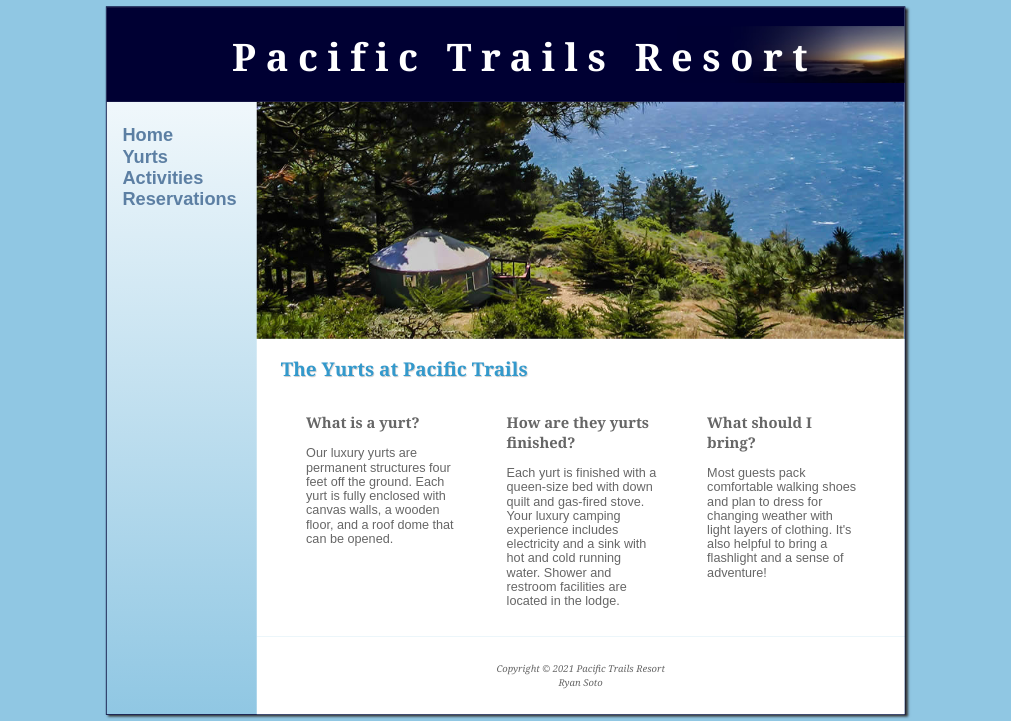
Repository: rsoto003/web-dev-152
Page: dist/assignments/chapter8/ch8pacific/yurts.html
The author's editor kept a copy of each file at every save. The page is drawn from the files as they stood at one save, then again after the next save.
The browser window is 1280 px wide. The pictures show the whole page, at 79% of full size.
Some web libraries are served in a nearby version.

Above is the page before, as saved 2021-07-24 16:23:29.

### dist/assignments/chapter8/ch8pacific/yurts.html
<!DOCTYPE html>
<html lang="en">
<head>
    <meta charset="UTF-8">
    <meta http-equiv="X-UA-Compatible" content="IE=edge">
    <meta name="viewport" content="width=device-width, initial-scale=1.0">
    <title>Pacific Trails Resorts :: Yurts</title>
    <link rel="stylesheet" href="pacific.css">
    <script src="https://kit.fontawesome.com/1c51b803b7.js" crossorigin="anonymous"></script>
</head>
<body>
    <div id="wrapper">
        <header>
            <h1><a href="index.html">Pacific Trails Resort</a></h1>
        </header>
        <nav>
            <ul>
                <li><a href="index.html">Home</a></li>
                <li><a href="yurts.html">Yurts</a></li>
                <li><a href="activities.html">Activities</a></li>
                <li><a href="reservations.html">Reservations</a></li>
            </ul>
        </nav>
        <div id="yurthero"></div>
        <main>
            <h2>The Yurts at Pacific Trails</h2>

            <section>
                <h3>What is a yurt?</h3>
                <p>Our luxury yurts are permanent structures four feet off the ground. Each yurt is fully enclosed with canvas walls,
                    a wooden floor, and a roof dome that can be opened.
                </p>
            </section>

            <section>
                <h3>How are they yurts finished?</h3>
                <p>Each yurt is finished with a queen-size bed with down quilt and gas-fired stove. Your luxury camping experience includes
                    electricity and a sink with hot and cold running water. Shower and restroom facilities are located in the lodge.
                </p>
            </section>

            <section>
                <h3>What should I bring?</h3>
                <p>Most guests pack comfortable walking shoes and plan to dress for changing weather with light layers
                    of clothing. It's also helpful to bring a flashlight and a sense of adventure!
                </p>
            </section>
        </main>
        <footer>
            <p>Copyright &copy; 2021 Pacific Trails Resort<br>
            Ryan Soto</p>
        </footer>
    </div>
</body>
</html>

### dist/assignments/chapter8/ch8pacific/pacific.css
* {
    box-sizing: border-box;
}

body {
    background-color: #90c7e3;
    color: #666666;
    font-family: Arial, Helvetica, sans-serif;
}
#wrapper {
    background-image: linear-gradient(to bottom, #fff, #90c7e3);
    background-repeat: no-repeat;
    border: 1px solid #003; /* bd */
    box-shadow: 3px 3px 3px #333;
    margin: auto;
    min-width: 960px;
    max-width: 2048px;
    width: 80%;
}

header {
    background-color: #003; /* bgc#003 */
    color: #fff; /* c#fff */
    background-image: url("images/sunset.jpg"); /* bgi */
    background-position: right; /* bgp */
    background-repeat: no-repeat; /* bgr:n */
    height: 120px; /* h120*/
    padding-top: 30px; /*pt30*/
    padding-left: 3em; /* pl3em */
    text-align: center; /*tac*/
}
header a {
    text-decoration: none; /* tdn */
    color: #fff;
}
header a:link {
    color: #fff; /* c#fff */
}
header a:vistied {
    color: #fff; /* c#fff */
}
header a:hover {
    color: #90c7e9; /* c#90c7e9 */
}
nav {
    /* background-color: #FFF; */
    float: left; /* fl */
    font-size: 120%; /* fz120% */
    font-weight: bold;
    padding: 1.5em 1.5em 1.5em .5em;
    width: 160px; /* w160 */
}

nav ul {
    list-style-type: none; /* listn */
    margin: 0; /* m0 */
    padding-left: 0; /* pl0 */
    font-size: 1.2em; /* fz1.2em */
}
nav a {
    text-decoration: none; /* tdn */
    font-weight: bold; /* fwb */
    padding: 10px; /* p10 */
}
nav a:link {
    color: #5c7fa3; /* c#5c75a3*/
}
nav a:visited {
    color: #344873; /* c#344873 */
}
nav a:hover {
    color: #a42A2a; /* c#a42A2a */
}

main {
    background-color: #fff; /* bgc#fff */
    margin-left: 190px; /* ml190 */
    padding: 1px 20px 20px 30px; /* p1-20-20-30 */
    overflow: auto; /* oa */
}

section {
    float: left; /* fl */
    padding: 0 2em; /* p0-2em */
    width: 33%; /* w33% */
}

h1, h2, h3, footer {
    font-family: Georgia, "Times New Roman", serif;
}
h1 {
    font-size: 3em; /* fz3em */
    letter-spacing: 0.25em; /* lts.25em */
    margin-bottom: 0;
    margin-top: 0;
}
h2 {
    color: #39c;
    text-shadow: 1px 1px 1px #ccc;
}
ul {
    /* list-style-image: url("images/marker.gif"); */
    list-style-position: inside;
}

dt {
    color: #003;
}
footer {
    background-color: #fff; /* bgc#fff */
    font-size: 75%;
    margin-left: 190px; /* ml190 */
    text-align: center;
    font-style: italic;
    padding: 20px;
}
.resort {
    color: #5c7fa3;
    font-weight: bold;
}

#contact {
    font-size: 90%;
}

#homehero {
    height: 300px;
    background-image: url('./images/coast2.jpg');
    background-size: 100% 100%;
    background-repeat: no-repeat;
    margin-left: 190px; /* ml190 */
}

#yurthero {
    height: 300px;
    background-image: url('./images/yurt.jpg');
    background-size: 100% 100%;
    background-repeat: no-repeat;
    margin-left: 190px; /* ml190 */
}

#trailhero {
    height: 300px;
    background-image: url('./images/trail.jpg');
    background-size: 100% 100%;
    background-repeat: no-repeat;
    margin-left: 190px; /* ml190 */
}

After the next save:
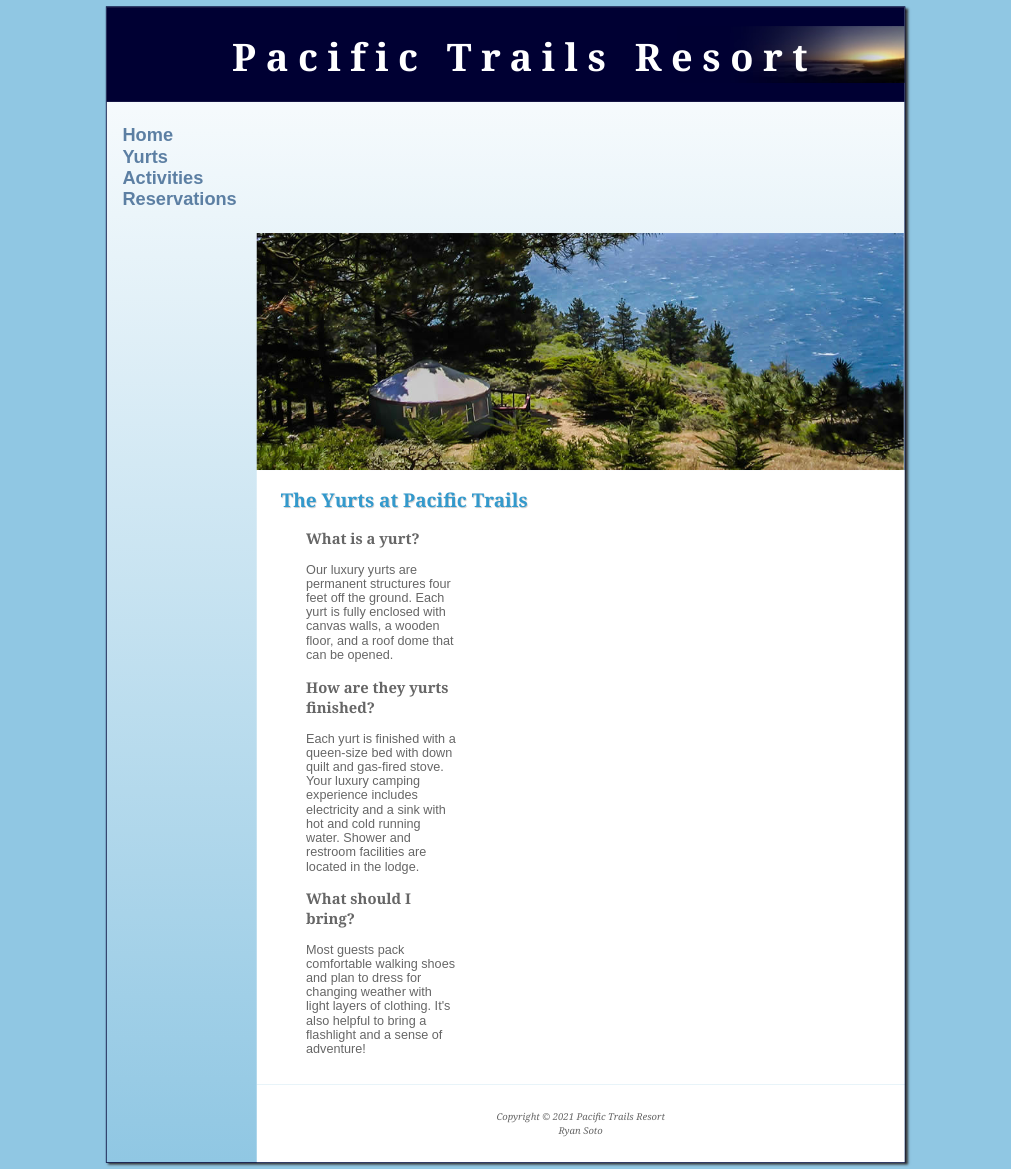
Saved 29 h 46 min later.
--- a/dist/assignments/chapter8/ch8pacific/pacific.css
+++ b/dist/assignments/chapter8/ch8pacific/pacific.css
@@ -44,7 +44,7 @@ header a:hover {
 }
 nav {
     /* background-color: #FFF; */
-    float: left; /* fl */
+    /* float: left; fl */
     font-size: 120%; /* fz120% */
     font-weight: bold;
     padding: 1.5em 1.5em 1.5em .5em;
@@ -80,7 +80,7 @@ main {
 }
 
 section {
-    float: left; /* fl */
+    /* float: left; fl */
     padding: 0 2em; /* p0-2em */
     width: 33%; /* w33% */
 }
